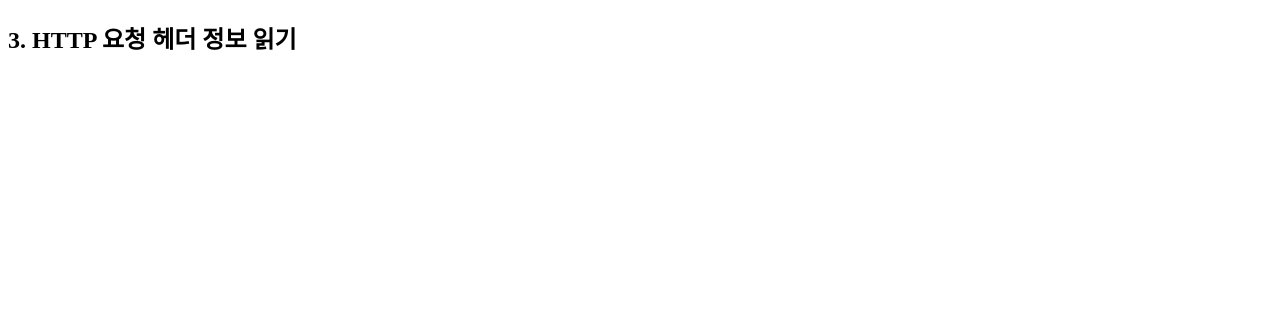
Repository: jungwoonAn/jsp_basic
Page: http://localhost/MustHaveJSP/02_ImplicitObject/RequestHeader.jsp
These files come from the project's save history. The page is drawn as it stood at one moment and after the next save; the edit follows.
The browser window is 1280 px wide. The pictures show the whole page.
The page is served by Tomcat 10. Other server files are loaded and not shown.

Above is the page before, as saved 2024-10-16 08:35:16.

### MustHaveJSP/src/main/webapp/02_ImplicitObject/RequestHeader.jsp
<%@ page language="java" contentType="text/html; charset=UTF-8"
    pageEncoding="UTF-8"%>
<!DOCTYPE html>
<html>
<head>
<meta charset="UTF-8">
<title>내장 객체 - request</title>
</head>
<body>
	<h2>3. HTTP 요청 헤더 정보 읽기</h2>

</body>
</html>

After the next save:
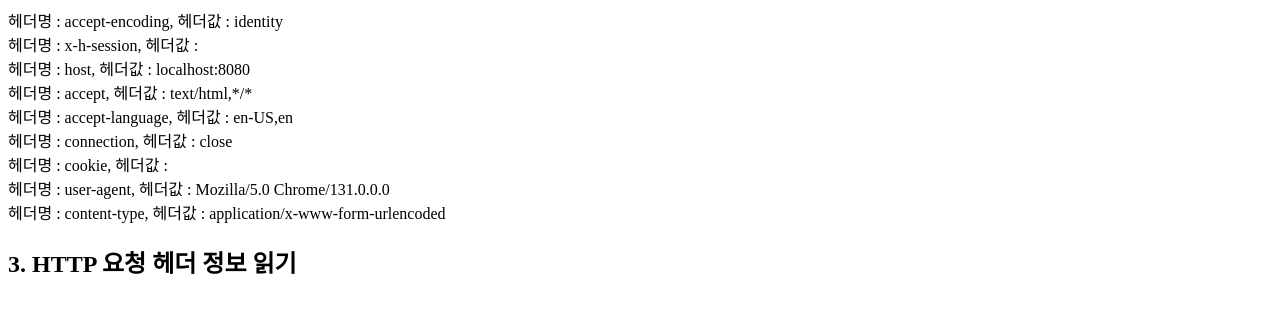
Saved 2 min 16 s later.
--- a/MustHaveJSP/src/main/webapp/02_ImplicitObject/RequestHeader.jsp
+++ b/MustHaveJSP/src/main/webapp/02_ImplicitObject/RequestHeader.jsp
@@ -1,3 +1,4 @@
+<%@page import="java.util.Enumeration"%>
 <%@ page language="java" contentType="text/html; charset=UTF-8"
     pageEncoding="UTF-8"%>
 <!DOCTYPE html>
@@ -7,6 +8,14 @@
 <title>내장 객체 - request</title>
 </head>
 <body>
+	<%
+	Enumeration headers = request.getHeaderNames();
+	while(headers.hasMoreElements()){
+		String headerName = (String)headers.nextElement();
+		String headerValue = request.getHeader(headerName);
+		out.print("헤더명 : "+ headerName +", 헤더값 : "+ headerValue +"<br>");
+	}
+	%>
 	<h2>3. HTTP 요청 헤더 정보 읽기</h2>
 
 </body>
